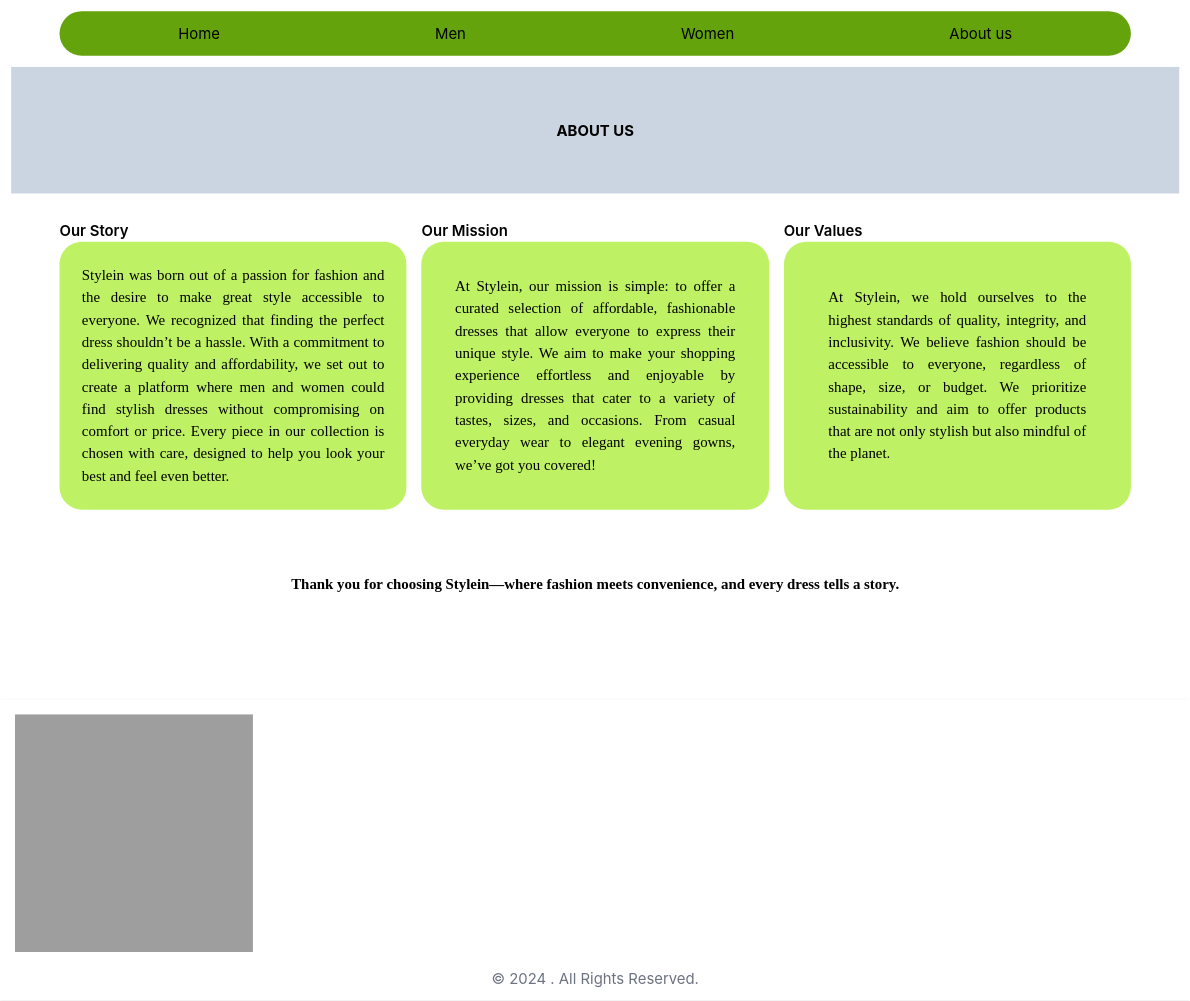
Repository: Mohankkanth/StyleIn_ShoppingSite
Page: /AboutUs
The author's editor kept a copy of each file at every save. The page is drawn from the files as they stood at one save, then again after the next save.
The browser window is 1280 px wide. The pictures show the whole page, at 93% of full size.
Pictures or frames that could not be fetched are drawn as grey boxes. The project was rebuilt for these pictures with package versions that can differ from the ones it lists, and the page was loaded fresh each time. Also part of the build but not shown: vite.config.js, src/component/Home/Home.jsx, src/component/api/MenProducts.jsx, src/component/Men/Men.jsx, src/component/Women/Women.jsx, src/component/api/KidsProducts.jsx, src/component/Kids/Kids.jsx, src/component/Errorpage/Errorpage.jsx and 18 more.

Above is the page before, as saved 2024-11-23 14:22:04.

After the next save:
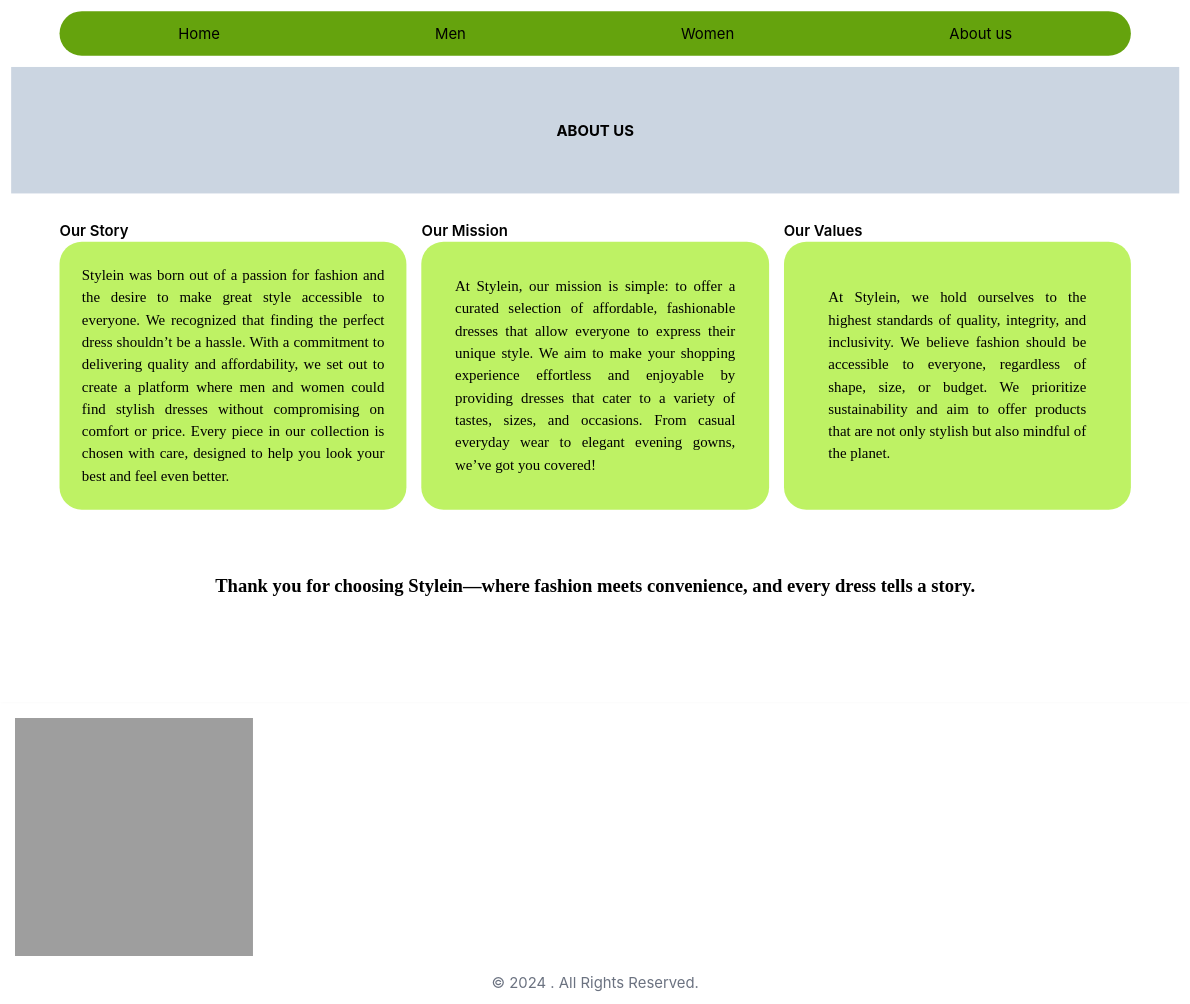
Saved 5 s later.
--- a/src/component/AboutUs/Aboutus.jsx
+++ b/src/component/AboutUs/Aboutus.jsx
@@ -27,7 +27,7 @@
                 </div>
                 <div className=" w-[90%]  mx-auto grid grid-cols-1 gap-4 mt-7 ">
 
-                <p className='font-bold text-center mt-10  text- font-[Raleway]'>Thank you for choosing Stylein—where fashion meets convenience, and every dress tells a story.</p>
+                <p className='font-bold text-center mt-10  text-xl font-[Raleway]'>Thank you for choosing Stylein—where fashion meets convenience, and every dress tells a story.</p>
             </div>
             </div>
 
